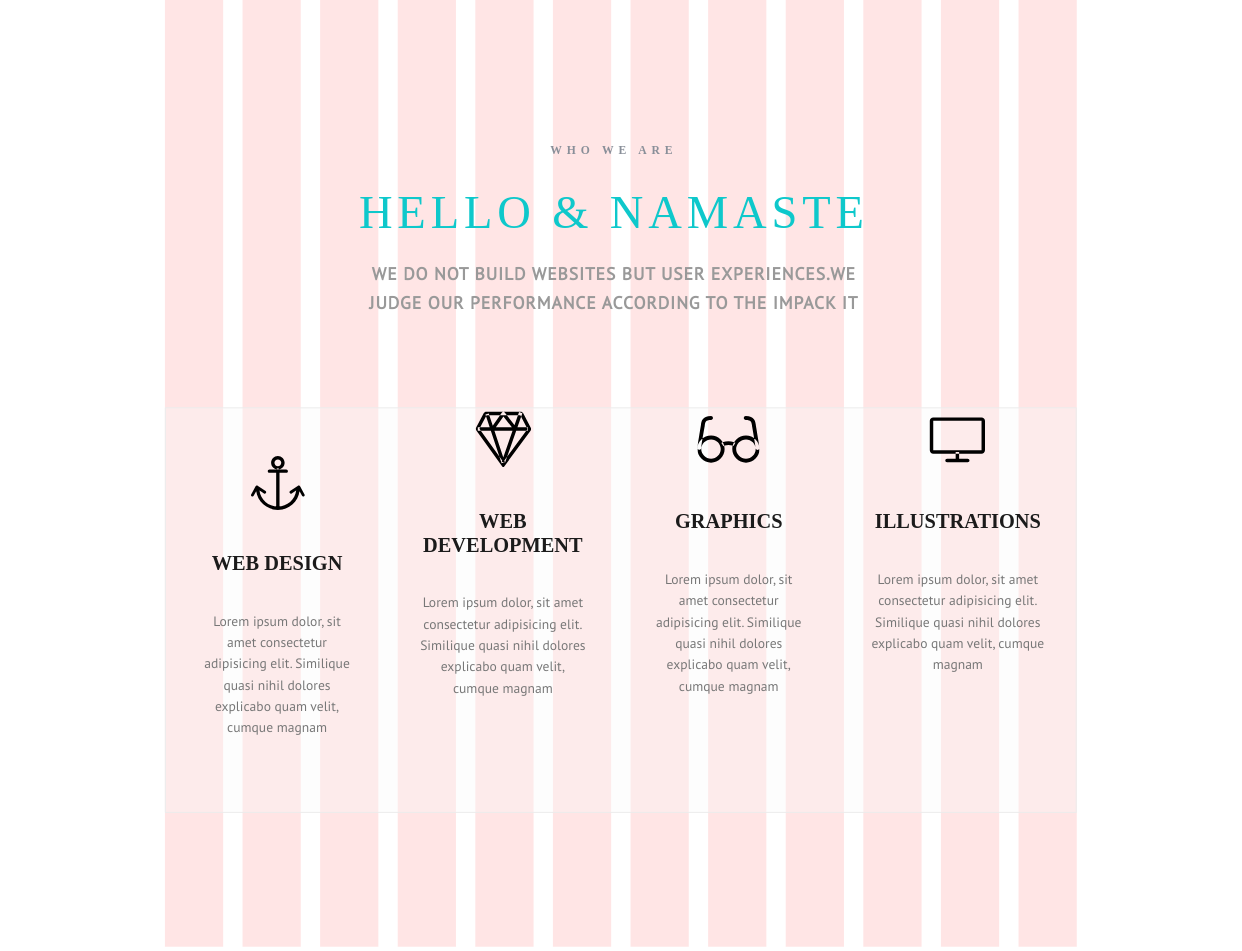
Repository: shpakovskaya/github.io
Page: boxsizing/namastegreen/index.html
An editor plug-in stored every save of this project. The page is shown before and after the next save, followed by the edit.
The browser window is 1280 px wide. The pictures show the whole page, at 97% of full size.

Above is the page before, as saved 2021-11-24 21:56:30.

### boxsizing/namastegreen/index.html
<!DOCTYPE html>
<html lang="en">
  <head>
    <meta charset="UTF-8" />
    <meta http-equiv="X-UA-Compatible" content="IE=edge" />
    <meta name="viewport" content="width=device-width, initial-scale=1.0" />
    <title>namaste_green</title>
    <link
      rel="stylesheet"
      href="https://cdnjs.cloudflare.com/ajax/libs/normalize/8.0.1/normalize.min.css"
      integrity="sha512-NhSC1YmyruXifcj/KFRWoC561YpHpc5Jtzgvbuzx5VozKpWvQ+4nXhPdFgmx8xqexRcpAglTj9sIBWINXa8x5w=="
      crossorigin="anonymous"
      referrerpolicy="no-referrer"
    />
    <link
      rel="shortcut icon"
      href="./free-icon-sahasrara-5937794.ico"
      type="image/x-icon"
    />
    <!-- Fonts -->
    <link rel="stylesheet" href="./montserrat/Montserrat-Regular.ttf" />
    <link rel="stylesheet" href="./montserrat/Montserrat-Bold.ttf" />
    <link rel="preconnect" href="https://fonts.googleapis.com" />
    <link rel="preconnect" href="https://fonts.gstatic.com" crossorigin />
    <link
      href="https://fonts.googleapis.com/css2?family=PT+Sans&display=swap"
      rel="stylesheet"
    />
    <link rel="stylesheet" href="./style.css" />
  </head>
  <body>
    <!-- Background -->
    <div class="conteiner">
      <img
        src="./img/1b0eb2e9-f134-46c9-915e-629d914347aa (1).png"
        alt="background"
      />
      <!-- Header -->
      <header class="header conteiner">
        <header class="header__wrapper">
          <h5 class="e-header__one">WHO WE ARE</h5>
          <h2 class="e-header__two">HELLO & NAMASTE</h2>
          <h4 class="e-header__three">
            WE DO NOT BUILD WEBSITES BUT USER EXPERIENCES.WE
            <br />JUDGE OUR PERFORMANCE ACCORDING TO THE IMPACK IT
          </h4>
        </header>
      </header>
      <!-- Main content -->
      <div class="wrapper">
        <!-- Anchor item -->
        <div class="c-wrapper__anchor">
          <div class="e-wrapper__anchor">
            <svg
              version="1.2"
              baseprofile="tiny-ps"
              xmlns="http://www.w3.org/2000/svg"
              viewbox="0 0 69 74"
              width="64"
              height="64"
            >
              <path
                id="Anchor"
                class="shp0"
                d="M35 70.19C21.76 70.19 10.62 60.29 9.08 47.16C8.95 46.06 9.73 45.07 10.83 44.94C11.92 44.8 12.92 45.59 13.05 46.69C14.35 57.81 23.79 66.19 35 66.19C46.19 66.19 55.63 57.82 56.95 46.73C57.08 45.63 58.07 44.84 59.17 44.98C60.27 45.11 61.06 46.1 60.92 47.2C59.36 60.31 48.22 70.19 35 70.19ZM35 69.68C33.89 69.68 33 68.79 33 67.68L33 22.56C33 21.45 33.89 20.56 35 20.56C36.1 20.56 37 21.45 37 22.56L37 67.68C37 68.79 36.1 69.68 35 69.68ZM35.03 9.94C37.27 9.94 39.09 11.76 39.09 14C39.09 16.24 37.27 18.06 35.03 18.06C32.79 18.06 30.97 16.24 30.97 14C30.97 11.76 32.79 9.94 35.03 9.94M35.03 5.94C30.58 5.94 26.97 9.55 26.97 14C26.97 18.45 30.58 22.06 35.03 22.06C39.48 22.06 43.09 18.45 43.09 14C43.09 9.55 39.48 5.94 35.03 5.94L35.03 5.94ZM59.4 45.16L51.49 50.54C50.81 50.97 49.89 50.95 49.48 50.25L49.07 49.8C48.67 49.1 48.89 48.18 49.57 47.74L58.67 41.6C58.68 41.59 58.69 41.58 58.7 41.57L59.32 41.17C59.66 40.95 60.05 40.9 60.4 40.99C60.76 41.07 61.09 41.3 61.29 41.65L61.66 42.28C61.67 42.3 61.66 42.31 61.67 42.32L66.81 51.78C67.22 52.48 67 53.39 66.32 53.83L65.75 54.05C65.07 54.48 64.23 54.09 63.82 53.39L59.4 45.16ZM6.18 53.39C5.77 54.09 4.93 54.48 4.25 54.05L3.68 53.83C3 53.39 2.78 52.48 3.19 51.78L8.33 42.32C8.34 42.31 8.33 42.3 8.34 42.28L8.71 41.65C8.91 41.3 9.24 41.07 9.6 40.99C9.95 40.9 10.34 40.95 10.68 41.17L11.3 41.57C11.31 41.58 11.32 41.59 11.33 41.6L20.43 47.74C21.11 48.18 21.33 49.1 20.93 49.8L20.52 50.25C20.11 50.95 19.19 50.97 18.51 50.54L10.6 45.16L6.18 53.39ZM25 22L45 22C46.1 22 47 22.89 47 24C47 25.1 46.1 26 45 26L25 26C23.9 26 23 25.1 23 24C23 22.89 23.9 22 25 22Z"
              />
            </svg>
          </div>
          <div class="title">
            <h4 class="title__anchor">WEB DESIGN</h4>
          </div>
          <div class="text__anchor">
            <span
              >Lorem ipsum dolor, sit amet consectetur adipisicing elit.
              Similique quasi nihil dolores explicabo quam velit, cumque magnam
            </span>
          </div>
        </div>
        <!-- Diamond item -->
        <div class="c-wrapper__diamond">
          <div class="e-wrapper__diamond">
            <svg
              version="1.2"
              baseprofile="tiny-ps"
              xmlns="http://www.w3.org/2000/svg"
              viewbox="0 0 74 72"
              width="66"
              height="64"
            >
              <path
                id="Diamond"
                class="shp0"
                d="M57.75 7.98L66.06 23.88L37.94 62.17L10.27 23.59L18.57 7.98L57.75 7.98M58.17 3.98L18.17 3.98C17.07 3.98 15.74 4.77 15.23 5.75L6.51 22.14C5.99 23.11 6.09 24.63 6.73 25.53L36.74 67.35C37.06 67.8 37.49 68.03 37.91 68.03C38.34 68.03 38.76 67.81 39.09 67.36L69.58 25.85C70.23 24.96 70.35 23.44 69.84 22.47L61.09 5.75C60.58 4.78 59.27 3.98 58.17 3.98L58.17 3.98ZM66.42 25.98L8.42 25.98L8.42 21.98L66.42 21.98L66.42 25.98ZM36.02 63.61L17.27 7.11L21.06 5.85L39.81 62.35L36.02 63.61ZM39.96 63.18L36.18 61.86L56.28 4.32L60.06 5.64L39.96 63.18ZM27.14 25.12L23.86 22.83L36.39 4.83C36.76 4.31 37.35 3.99 37.98 3.97C38.59 3.98 39.22 4.24 39.61 4.75L53.08 22.08L49.92 24.54L38.12 9.35L27.14 25.12Z"
              />
            </svg>
          </div>
          <div class="title">
            <h4 class="title__diamond">WEB DEVELOPMENT</h4>
          </div>
          <div class="text__diamond">
            <span
              >Lorem ipsum dolor, sit amet consectetur adipisicing elit.
              Similique quasi nihil dolores explicabo quam velit, cumque magnam
            </span>
          </div>
        </div>
        <!-- Eyeglasses item -->
        <div class="c-wrapper__eyeglasses">
          <div class="e-wrapper__eyeglasses">
            <svg
              version="1.2"
              baseprofile="tiny-ps"
              xmlns="http://www.w3.org/2000/svg"
              viewbox="0 0 64 48"
              width="64"
              height="64"
            >
              <path
                id="Eyeglasses"
                class="shp0"
                d="M1.91 34.69C1.86 34.69 1.81 34.69 1.77 34.69C0.66 34.61 -0.17 33.65 -0.09 32.55C-0.03 31.68 3.03 12.72 3.54 9.66C3.59 9.37 3.62 9.06 3.67 8.73C4.06 5.65 4.79 -0.06 14.01 -0.06C15.12 -0.06 16.01 0.83 16.01 1.94C16.01 3.04 15.12 3.94 14.01 3.94C8.31 3.94 8.01 6.28 7.63 9.24C7.59 9.62 7.54 9.98 7.48 10.32C7.09 12.7 4.32 26.99 3.9 32.83C3.83 33.89 2.95 34.69 1.91 34.69ZM62.09 34.82C61.05 34.82 59.97 34.01 59.9 32.96C59.48 27.12 56.71 12.7 56.32 10.32C56.26 9.98 56.21 9.62 56.17 9.24C55.79 6.28 55.49 3.94 49.79 3.94C48.69 3.94 47.79 3.04 47.79 1.94C47.79 0.83 48.69 -0.06 49.79 -0.06C59.01 -0.06 59.74 5.65 60.13 8.73C60.18 9.06 60.21 9.37 60.26 9.66C60.77 12.72 64.03 31.81 64.09 32.67C64.17 33.78 63.34 34.73 62.23 34.81C62.19 34.82 62.14 34.82 62.09 34.82ZM14.08 24.02C19.58 24.02 24.04 28.48 24.04 33.98C24.04 39.47 19.58 43.94 14.08 43.94C8.57 43.94 3.92 39.38 3.92 33.98C3.92 28.58 8.57 24.02 14.08 24.02M14.08 20.02C6.37 20.02 -0.08 26.27 -0.08 33.98C-0.08 41.69 6.37 47.94 14.08 47.94C21.79 47.94 28.04 41.69 28.04 33.98C28.04 26.27 21.79 20.02 14.08 20.02L14.08 20.02ZM50.08 24.02C55.57 24.02 60.04 28.48 60.04 33.98C60.04 39.47 55.57 43.94 50.08 43.94C44.57 43.94 39.91 39.38 39.91 33.98C39.91 28.58 44.57 24.02 50.08 24.02M50.08 20.02C42.37 20.02 35.91 26.27 35.91 33.98C35.91 41.69 42.37 47.94 50.08 47.94C57.79 47.94 64.04 41.69 64.04 33.98C64.04 26.27 57.79 20.02 50.08 20.02L50.08 20.02ZM26.87 30.96L24.69 27.6C24.97 27.42 27.51 25.83 31.98 25.83C36.25 25.83 38.86 27.23 39.15 27.39L37.18 30.88C37.18 30.88 35.21 29.83 31.98 29.83C28.71 29.83 26.89 30.94 26.87 30.96Z"
              />
            </svg>
          </div>
          <div class="title">
            <h4 class="title__eyeglasses">GRAPHICS</h4>
          </div>
          <div class="text__eyeglasses">
            <span
              >Lorem ipsum dolor, sit amet consectetur adipisicing elit.
              Similique quasi nihil dolores explicabo quam velit, cumque magnam
            </span>
          </div>
        </div>
        <!-- Monitor item -->
        <div class="c-wrapper__monitor">
          <div class="e-wrapper__monitor">
            <svg
              version="1.2"
              baseprofile="tiny-ps"
              xmlns="http://www.w3.org/2000/svg"
              viewbox="0 0 72 65"
              width="64"
              height="64"
            >
              <path
                id="Monitor"
                class="shp0"
                d="M64 10.98L64 44.99L8 44.99L8 10.98L64 10.98M64 6.98L8 6.98C5.8 6.98 4 8.78 4 10.98L4 44.99C4 47.19 5.8 48.99 8 48.99L64 48.99C66.2 48.99 68 47.19 68 44.99L68 10.98C68 8.78 66.2 6.98 64 6.98L64 6.98ZM38 47L38 55L48 55C49.1 55 50 55.9 50 57C50 58.1 49.1 59 48 59L24 59C22.9 59 22 58.1 22 57C22 55.9 22.9 55 24 55L34 55L34 47L38 47Z"
              />
            </svg>
          </div>
          <div class="title">
            <h4 class="title__monitor">ILLUSTRATIONS</h4>
          </div>
          <div class="text__monitor">
            <span
              >Lorem ipsum dolor, sit amet consectetur adipisicing elit.
              Similique quasi nihil dolores explicabo quam velit, cumque magnam
            </span>
          </div>
        </div>
      </div>
    </div>
  </body>
</html>

### boxsizing/namastegreen/style.css
* {
  margin: 0;
  padding: 0;
  box-sizing: border-box;
}

.conteiner {
  max-width: 1280px;
  max-height: 976px;
  position: relative;
}

/* Header */
.header {
  position: absolute;
  top: 0px;
  left: 370px;
}

.header__wrapper {
  margin-top: 140px;
  text-align: center;
  line-height: 30px;
  /* display: flex;
  flex-direction: column; */
  /* justify-content: center; */
}
.e-header__one {
  font-size: 12px;
  font-family: "Montserrat";

  color: #898f99;
  letter-spacing: 5px;
  margin-bottom: 34px;
}

.e-header__two {
  font-size: 48px;
  font-family: "Montserrat";
  color: #0ec8cb;
  margin-bottom: 34px;
  letter-spacing: 5px;
  font-weight: 400;
}

.e-header__three {
  font-size: 18px;
  letter-spacing: 1px;
  color: #999999;
  font-family: "PT Sans";
}

/* Items */
.wrapper {
  position: absolute;
  top: 420px;
  left: 170px;
  display: flex;
  flex-direction: row;
  text-align: center;
  max-width: 940px;
  min-height: 418px;
  background-color: rgba(247, 247, 247, 0.3);
  border: 1px solid #ececec;
}

.c-wrapper__anchor {
  display: inline-block;
  align-content: center;
}

/* Title */
.title {
  color: #1b1b1b;
  margin: 36px;
  font-size: 21px;
  font-family: "Montserrat";
}

/* Text */
.text__diamond,
.text__anchor,
.text__eyeglasses,
.text__monitor {
  margin: 32px;
  color: #777777;
  font-size: 14px;
  line-height: 22px;
  font-family: "PT Sans";
  font-weight: 400;
}

/* Items hover */
.c-wrapper__anchor:hover {
  background: rgba(14, 200, 203, 0.5);
  fill: white;
}

.c-wrapper__anchor:hover .title {
  color: white;
}

.c-wrapper__anchor:hover .text__anchor {
  color: white;
}

.c-wrapper__diamond:hover {
  background: rgba(14, 200, 203, 0.5);
  color: white;
  fill: white;
}

.c-wrapper__eyeglasses:hover {
  background: rgba(14, 200, 203, 0.5);
  color: white;
  fill: white;
}

.c-wrapper__monitor:hover {
  background: rgba(14, 200, 203, 0.5);
  color: white;
  fill: white;
}

After the next save:
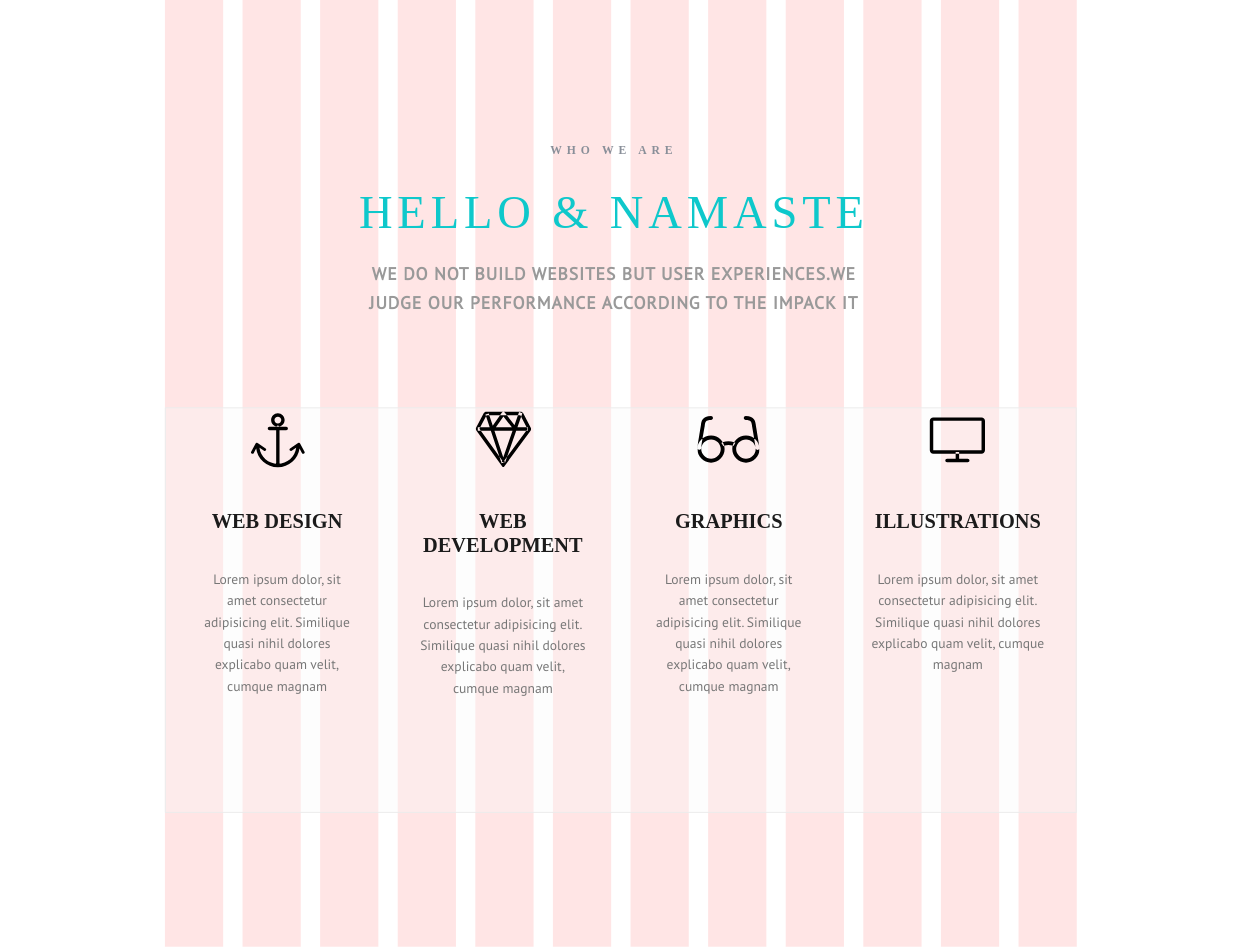
Saved 109 s later.
--- a/boxsizing/namastegreen/style.css
+++ b/boxsizing/namastegreen/style.css
@@ -21,9 +21,6 @@
   margin-top: 140px;
   text-align: center;
   line-height: 30px;
-  /* display: flex;
-  flex-direction: column; */
-  /* justify-content: center; */
 }
 .e-header__one {
   font-size: 12px;
@@ -64,10 +61,10 @@
   border: 1px solid #ececec;
 }
 
-.c-wrapper__anchor {
+/* .c-wrapper__anchor {
   display: inline-block;
   align-content: center;
-}
+} */
 
 /* Title */
 .title {

After the save that followed:
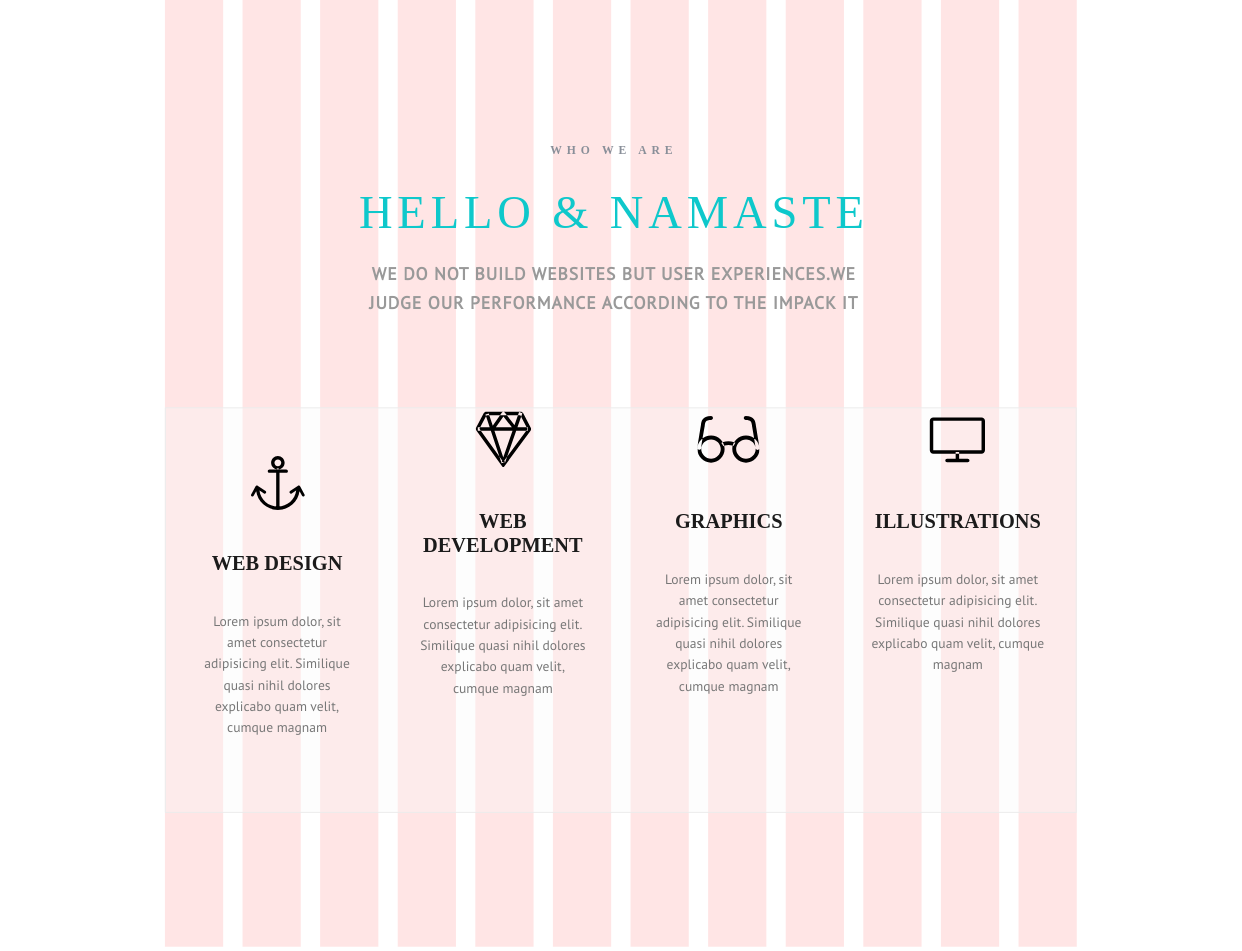
Saved 7 s later.
--- a/boxsizing/namastegreen/style.css
+++ b/boxsizing/namastegreen/style.css
@@ -61,10 +61,10 @@
   border: 1px solid #ececec;
 }
 
-/* .c-wrapper__anchor {
+.c-wrapper__anchor {
   display: inline-block;
   align-content: center;
-} */
+}
 
 /* Title */
 .title {
